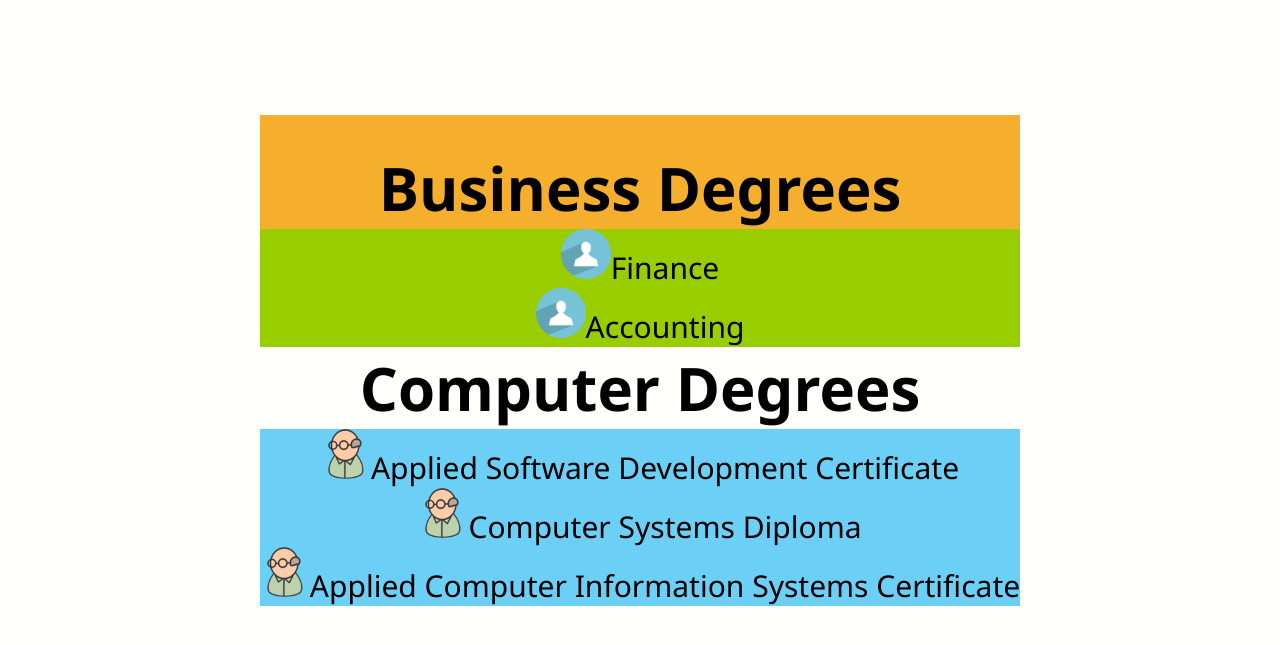
Repository: NeemaToto/mdia2109week3
Page: /
These files come from the project's save history. The page is drawn as it stood at one moment and after the next save; the edit follows.
The browser window is 1280 px wide. The pictures show the whole page.
The project was rebuilt for these pictures with package versions that can differ from the ones it lists, and the page was loaded fresh each time. The framework's server and built-in components were replaced by stand-ins that run in the browser. Also part of the build but not shown: next.config.js.

Above is the page before, as saved 2023-01-19 12:59:52.

### pages/index.js
import Head from 'next/head'
import Image from 'next/image'
import { Inter } from '@next/font/google'
import styles from '@/styles/Home.module.css'
import data from '../data/education.json'
import { useState } from 'react'
import Card from '../components/card'
import Link from 'next/link'

const inter = Inter({ subsets: ['latin'] })

export default function Home() {
  console.log(data);
  const [information, setInformation] = useState([...data]);

  return (
    <>
      <Head>
        <title>Departments of School</title>
        <meta name="description" content="Generated by create next app" />
        <meta name="viewport" content="width=device-width, initial-scale=1" />
        <link rel="icon" href="/degree-icon.png" />
      </Head>
      <main className={styles.main}>
        <div className={styles.degrees}>
          <div className={styles.businessContainer}>
            <h1 className={styles.h1business}>Business Degrees</h1>
            {
              information && information.map((info, index) => {
                if (info.department === "Business") {
                  return (
                    <Card key={index} degree={info.degree} colour="#98CE00" font="30px" />
                  )
                }
              })
            }
          </div>
          <div className={styles.computerContainer}>
            <h1>Computer Degrees</h1>
            {
              information && information.map((info, index) => {
                if (info.department === "Computing") {
                  return (
                    <Card key={index} degree={info.degree} colour="#6CCFF6" font="30px" />
                  )
                }
              })
            }
          </div>
        </div>
      </main>
    </>
  )
}

### styles/globals.css
:root {
  --max-width: 1100px;
  --border-radius: 12px;
  --font-mono: ui-monospace, Menlo, Monaco, 'Cascadia Mono', 'Segoe UI Mono',
    'Roboto Mono', 'Oxygen Mono', 'Ubuntu Monospace', 'Source Code Pro',
    'Fira Mono', 'Droid Sans Mono', 'Courier New', monospace;

  --foreground-rgb: 0, 0, 0;
  --background-start-rgb: 214, 219, 220;
  --background-end-rgb: 255, 255, 255;

  --primary-glow: conic-gradient(
    from 180deg at 50% 50%,
    #16abff33 0deg,
    #0885ff33 55deg,
    #54d6ff33 120deg,
    #0071ff33 160deg,
    transparent 360deg
  );
  --secondary-glow: radial-gradient(
    rgba(255, 255, 255, 1),
    rgba(255, 255, 255, 0)
  );

  --tile-start-rgb: 239, 245, 249;
  --tile-end-rgb: 228, 232, 233;
  --tile-border: conic-gradient(
    #00000080,
    #00000040,
    #00000030,
    #00000020,
    #00000010,
    #00000010,
    #00000080
  );

  --callout-rgb: 238, 240, 241;
  --callout-border-rgb: 172, 175, 176;
  --card-rgb: 180, 185, 188;
  --card-border-rgb: 131, 134, 135;
}

@media (prefers-color-scheme: dark) {
  :root {
    --foreground-rgb: 255, 255, 255;
    --background-start-rgb: 0, 0, 0;
    --background-end-rgb: 0, 0, 0;

    --primary-glow: radial-gradient(rgba(1, 65, 255, 0.4), rgba(1, 65, 255, 0));
    --secondary-glow: linear-gradient(
      to bottom right,
      rgba(1, 65, 255, 0),
      rgba(1, 65, 255, 0),
      rgba(1, 65, 255, 0.3)
    );

    --tile-start-rgb: 2, 13, 46;
    --tile-end-rgb: 2, 5, 19;
    --tile-border: conic-gradient(
      #ffffff80,
      #ffffff40,
      #ffffff30,
      #ffffff20,
      #ffffff10,
      #ffffff10,
      #ffffff80
    );

    --callout-rgb: 20, 20, 20;
    --callout-border-rgb: 108, 108, 108;
    --card-rgb: 100, 100, 100;
    --card-border-rgb: 200, 200, 200;
  }
}

* {
  box-sizing: border-box;
  padding: 0;
  margin: 0;
}

html,
body {
  max-width: 100vw;
  overflow-x: hidden;
}

body {
  color: rgb(var(--foreground-rgb));
  background: linear-gradient(
      to bottom,
      transparent,
      rgb(var(--background-end-rgb))
    )
    rgb(var(--background-start-rgb));
}

a {
  color: inherit;
  text-decoration: none;
}

@media (prefers-color-scheme: dark) {
  html {
    color-scheme: dark;
  }
}

### styles/Home.module.css
.main {
  display: flex;
  flex-direction: row;
  justify-content: center;
  align-items: center;
  padding: 6rem;
  min-height: 100vh;
  background-color: #FFFFFC;
}

.description {
  display: inherit;
  justify-content: inherit;
  align-items: inherit;
  font-size: 0.85rem;
  max-width: var(--max-width);
  width: 100%;
  z-index: 2;
  font-family: var(--font-mono);
}

.description a {
  display: flex;
  justify-content: center;
  align-items: center;
  gap: 0.5rem;
}

.description p {
  position: relative;
  margin: 0;
  padding: 1rem;
  background-color: rgba(var(--callout-rgb), 0.5);
  border: 1px solid rgba(var(--callout-border-rgb), 0.3);
  border-radius: var(--border-radius);
}

.code {
  font-weight: 700;
  font-family: var(--font-mono);
}

.grid {
  display: grid;
  grid-template-columns: repeat(4, minmax(25%, auto));
  width: var(--max-width);
  max-width: 100%;
}

.card {
  padding: 1rem 1.2rem;
  border-radius: var(--border-radius);
  background: rgba(var(--card-rgb), 0);
  border: 1px solid rgba(var(--card-border-rgb), 0);
  transition: background 200ms, border 200ms;
}

.card span {
  display: inline-block;
  transition: transform 200ms;
}

.card h2 {
  font-weight: 600;
  margin-bottom: 0.7rem;
}

.card p {
  margin: 0;
  opacity: 0.6;
  font-size: 0.9rem;
  line-height: 1.5;
  max-width: 30ch;
}

.center {
  display: flex;
  justify-content: center;
  align-items: center;
  position: relative;
  padding: 4rem 0;
}

.center::before {
  background: var(--secondary-glow);
  border-radius: 50%;
  width: 480px;
  height: 360px;
  margin-left: -400px;
}

.center::after {
  background: var(--primary-glow);
  width: 240px;
  height: 180px;
  z-index: -1;
}

.center::before,
.center::after {
  content: '';
  left: 50%;
  position: absolute;
  filter: blur(45px);
  transform: translateZ(0);
}

.logo,
.thirteen {
  position: relative;
}

.thirteen {
  display: flex;
  justify-content: center;
  align-items: center;
  width: 75px;
  height: 75px;
  padding: 25px 10px;
  margin-left: 16px;
  transform: translateZ(0);
  border-radius: var(--border-radius);
  overflow: hidden;
  box-shadow: 0px 2px 8px -1px #0000001a;
}

.thirteen::before,
.thirteen::after {
  content: '';
  position: absolute;
  z-index: -1;
}

/* Conic Gradient Animation */
.thirteen::before {
  animation: 6s rotate linear infinite;
  width: 200%;
  height: 200%;
  background: var(--tile-border);
}

/* Inner Square */
.thirteen::after {
  inset: 0;
  padding: 1px;
  border-radius: var(--border-radius);
  background: linear-gradient(
    to bottom right,
    rgba(var(--tile-start-rgb), 1),
    rgba(var(--tile-end-rgb), 1)
  );
  background-clip: content-box;
}

/* Enable hover only on non-touch devices */
@media (hover: hover) and (pointer: fine) {
  .card:hover {
    background: rgba(var(--card-rgb), 0.1);
    border: 1px solid rgba(var(--card-border-rgb), 0.15);
  }

  .card:hover span {
    transform: translateX(4px);
  }
}

@media (prefers-reduced-motion) {
  .thirteen::before {
    animation: none;
  }

  .card:hover span {
    transform: none;
  }
}

/* Mobile */
@media (max-width: 700px) {
  .content {
    padding: 4rem;
  }

  .grid {
    grid-template-columns: 1fr;
    margin-bottom: 120px;
    max-width: 320px;
    text-align: center;
  }

  .card {
    padding: 1rem 2.5rem;
  }

  .card h2 {
    margin-bottom: 0.5rem;
  }

  .center {
    padding: 8rem 0 6rem;
  }

  .center::before {
    transform: none;
    height: 300px;
  }

  .description {
    font-size: 0.8rem;
  }

  .description a {
    padding: 1rem;
  }

  .description p,
  .description div {
    display: flex;
    justify-content: center;
    position: fixed;
    width: 100%;
  }

  .description p {
    align-items: center;
    inset: 0 0 auto;
    padding: 2rem 1rem 1.4rem;
    border-radius: 0;
    border: none;
    border-bottom: 1px solid rgba(var(--callout-border-rgb), 0.25);
    background: linear-gradient(
      to bottom,
      rgba(var(--background-start-rgb), 1),
      rgba(var(--callout-rgb), 0.5)
    );
    background-clip: padding-box;
    backdrop-filter: blur(24px);
  }

  .description div {
    align-items: flex-end;
    pointer-events: none;
    inset: auto 0 0;
    padding: 2rem;
    height: 200px;
    background: linear-gradient(
      to bottom,
      transparent 0%,
      rgb(var(--background-end-rgb)) 40%
    );
    z-index: 1;
  }
}

/* Tablet and Smaller Desktop */
@media (min-width: 701px) and (max-width: 1120px) {
  .grid {
    grid-template-columns: repeat(2, 50%);
  }
}

@media (prefers-color-scheme: dark) {
  .vercelLogo {
    filter: invert(1);
  }

  .logo,
  .thirteen img {
    filter: invert(1) drop-shadow(0 0 0.3rem #ffffff70);
  }
}

@keyframes rotate {
  from {
    transform: rotate(360deg);
  }
  to {
    transform: rotate(0deg);
  }
}

.degrees{
  font-size: 30px;
  text-align: center;
  font-family: 'Segoe UI', Tahoma, Geneva, Verdana, sans-serif;
}

.businessContainer{
  background-color: #F6AE2D;
  padding-top: 2.0rem;
}

### data/education.json
[
        {
            "studentNumber": "A0004567",
            "firstName": "Person 1",
            "gpa": 3.8,
            "department": "Business",
            "degree": "Finance",
            "graduted": 2014
        },
        {
            "studentNumber": "A0001234",
            "firstName": "Person 2",
            "gpa": 3.5,
            "department": "Business",
            "degree": "Accounting",
            "graduted": 2010
        },
        {
            "studentNumber": "A0007890",
            "firstName": "Person 3",
            "gpa": 3.2,
            "department": "Computing",
            "degree": "Applied Software Development Certificate",
            "graduted": 2018
        },
        {
            "studentNumber": "A0007828",
            "firstName": "Person 4",
            "gpa": 3.9,
            "department": "Computing",
            "degree": "Computer Systems Diploma",
            "graduted": 2021
        },
        {
            "studentNumber": "A0003425",
            "firstName": "Person 5",
            "gpa": 3.2,
            "department": "Computing",
            "degree": "Applied Computer Information Systems Certificate",
            "graduted": 2021
        }
]

### components/card/index.js
export default function Card({
    degree = "none",
    colour = "purple",
    font = 0,
    image = 'icon/personTwo.png'
}){
    return(
        <div style={{backgroundColor: colour, fontSize: font}}>
            {
                colour === "#98CE00" ? <img src={'icon/person.png'} width="50"/> :
                colour === "#6CCFF6" ? <img src={'icon/personThree.png'} width="50"/> :
                                    <img src={image} width="50"/>
            }
            {degree}
        </div>
    )
}

Loaded but not shown: pages/_app.js (common file); pages/_document.js (common file)

After the next save:
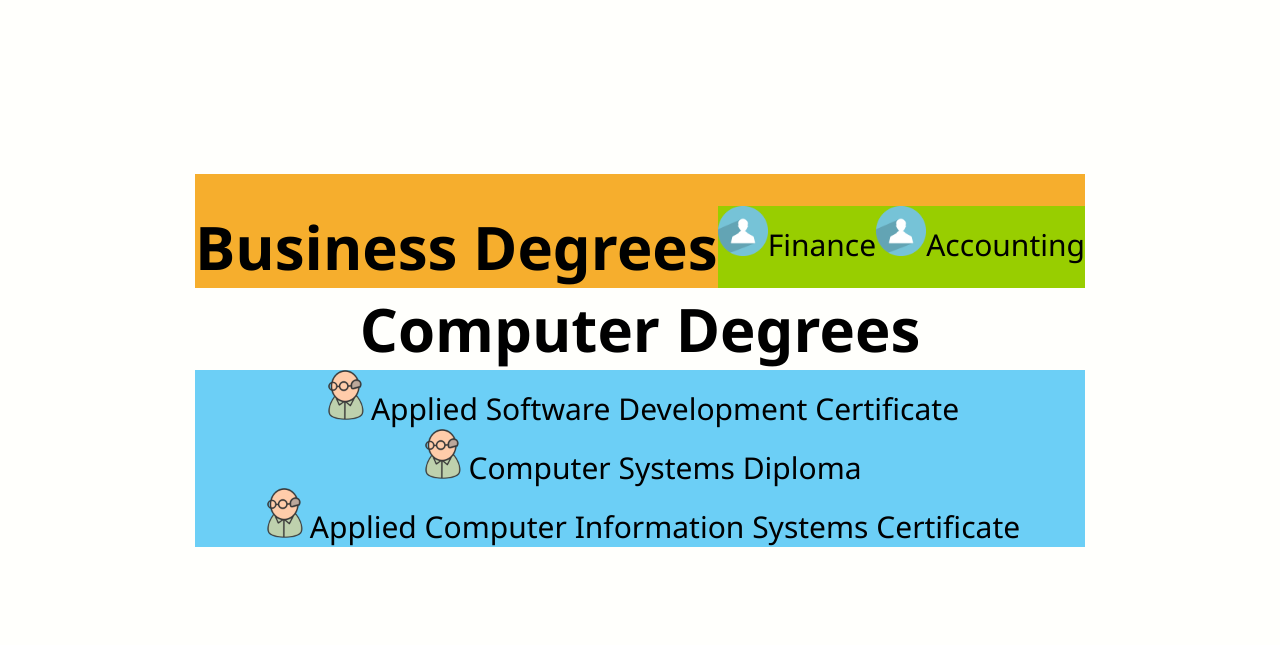
Saved 47 s later.
--- a/styles/Home.module.css
+++ b/styles/Home.module.css
@@ -287,4 +287,5 @@
 .businessContainer{
   background-color: #F6AE2D;
   padding-top: 2.0rem;
-}
+  display: flex;
+}

After the 3 saves that followed:
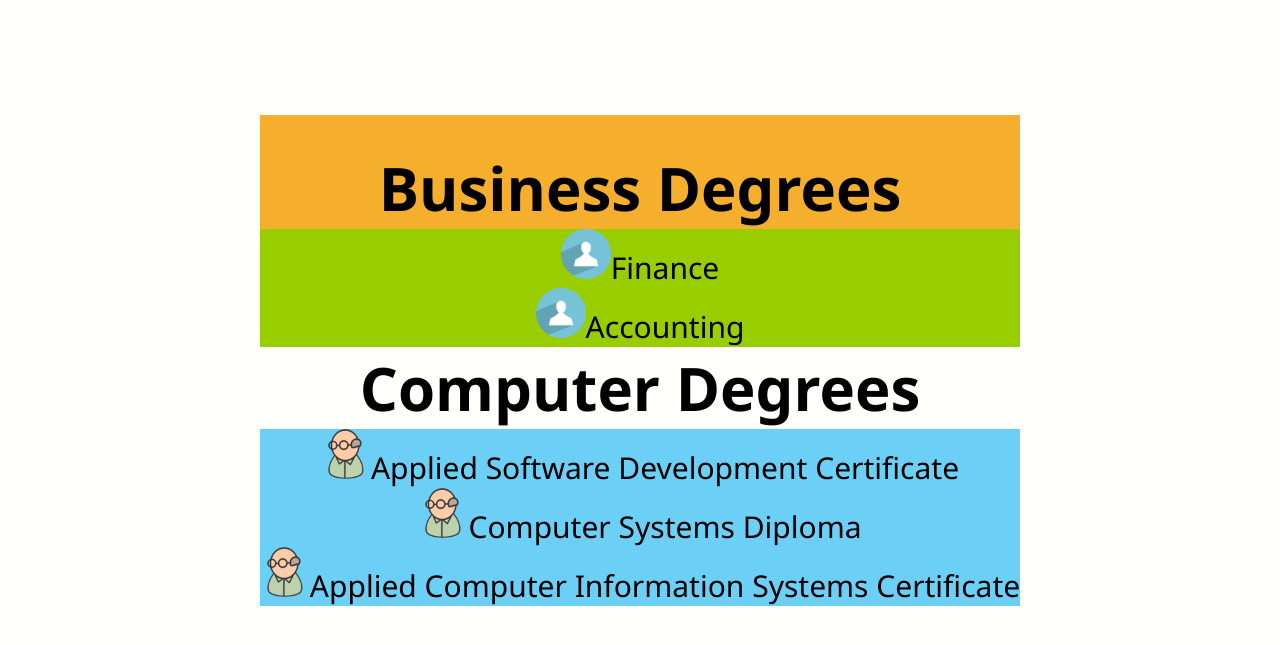
The 3 saves are shown as one change because they came seconds apart.
The last was saved 9 s later.
--- a/styles/Home.module.css
+++ b/styles/Home.module.css
@@ -288,4 +288,5 @@
   background-color: #F6AE2D;
   padding-top: 2.0rem;
   display: flex;
-}
+  flex-direction: column;
+}
